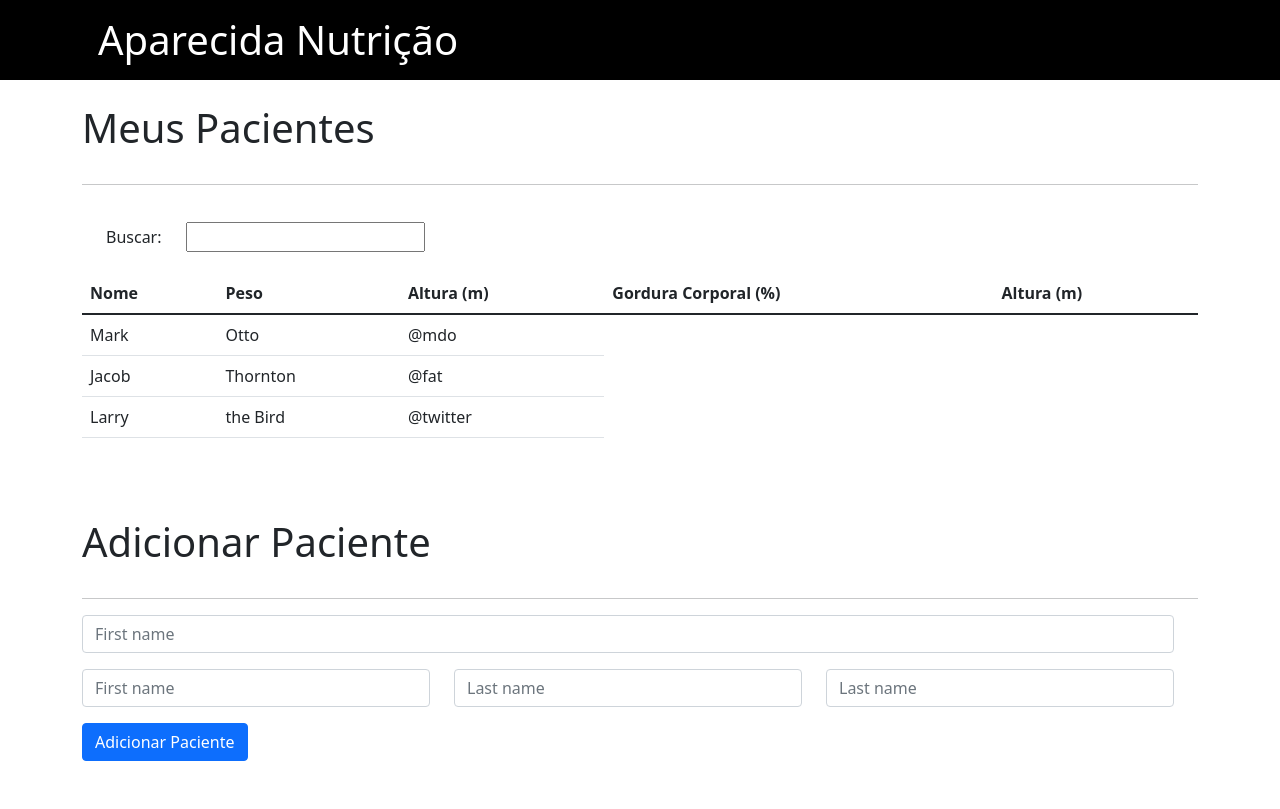
Repository: eversonps/app-paciente
Page: / (app in frontend/)
These files come from the project's save history. The page is drawn as it stood at one moment and after the next save; the edit follows.
The browser window is 1280 px wide. The pictures show the whole page.
The project was rebuilt for these pictures with package versions that can differ from the ones it lists, and the page was loaded fresh each time.

Above is the page before, as saved 2022-03-28 14:46:35.

After the next save:
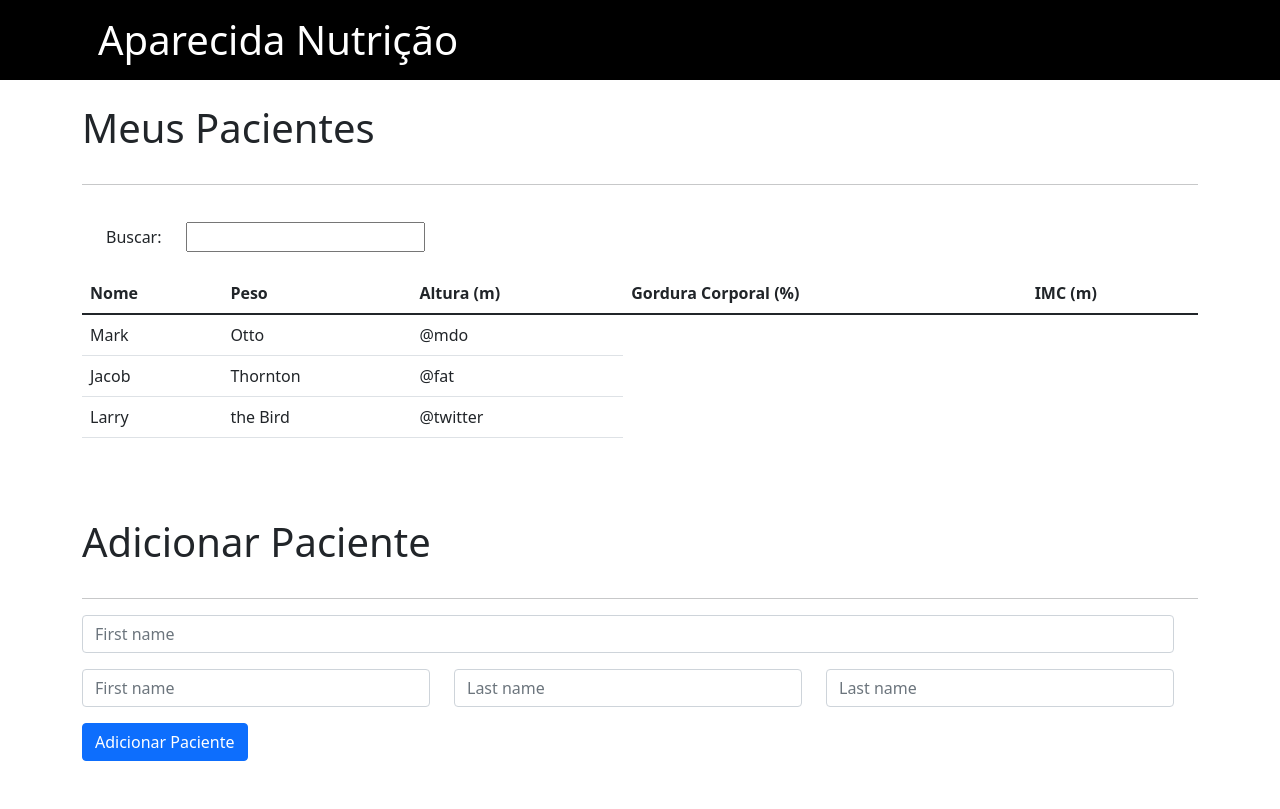
Saved 8 s later.
--- a/frontend/src/Templates/Table.jsx
+++ b/frontend/src/Templates/Table.jsx
@@ -9,7 +9,7 @@ export default props => (
                 <th scope="col">Peso</th>
                 <th scope="col">Altura (m)</th>
                 <th scope="col">Gordura Corporal (%)</th>
-                <th scope="col">Altura (m)</th>
+                <th scope="col">IMC (m)</th>
             </tr>
         </thead>
         <tbody>
